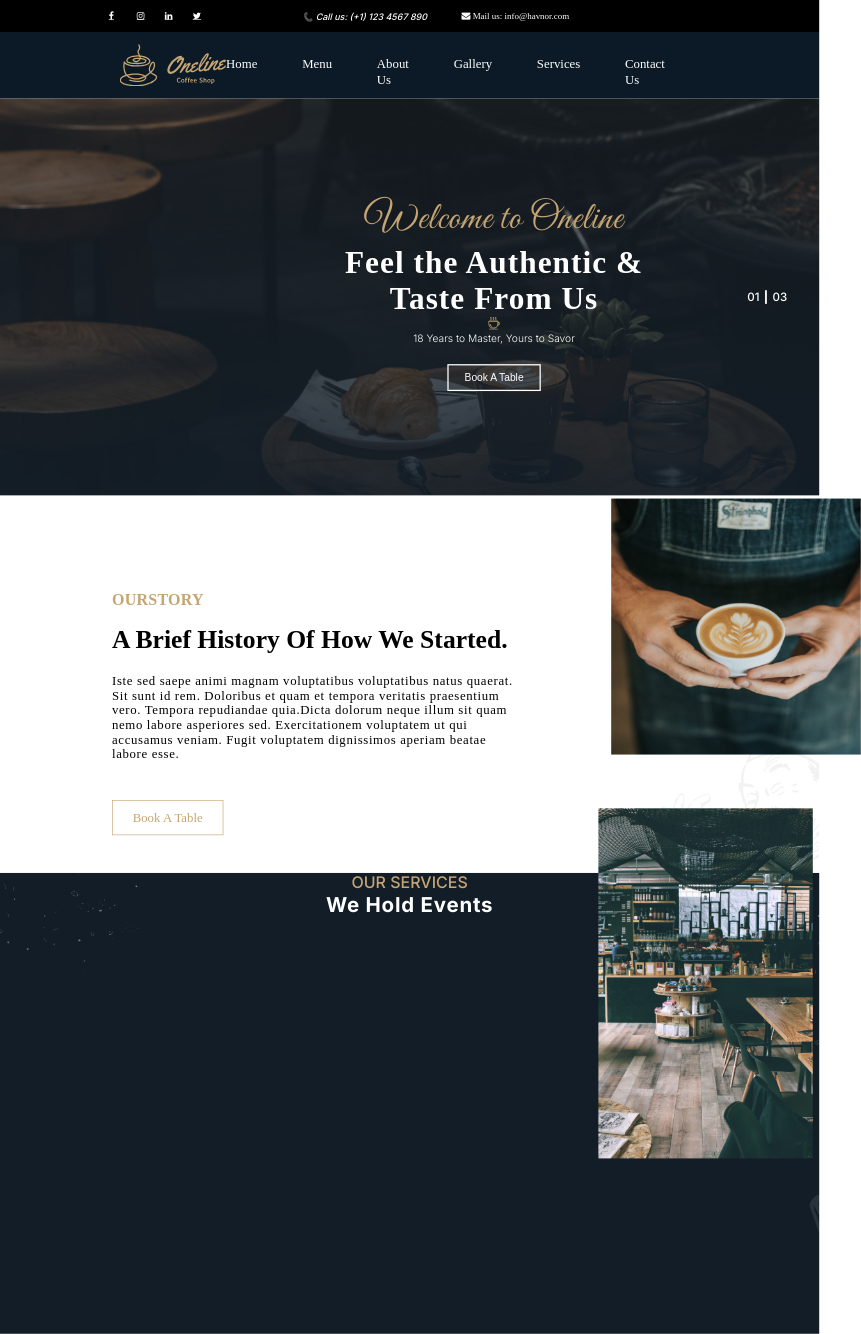
Repository: abhayzulasana/Online-Coffee-Shop
Page: index.html
These files come from the project's save history. The page is drawn as it stood at one moment and after a run of saves; the edit follows.
The browser window is 1280 px wide. The page is 1345 px wide, so the pictures cover 1345 px, including what lies to the right of the window. The pictures show the whole page, at 64% of full size.

Above is the page before, as saved 2025-05-21 17:00:40.

### index.html
<!DOCTYPE html>
<html lang="en">
<head>
  <meta charset="UTF-8" />
  <meta name="viewport" content="width=device-width, initial-scale=1.0" />
  <title>Oneline Coffee Shop</title>
  <link rel="stylesheet" href="style.css" />
  <link rel="stylesheet" href="https://cdnjs.cloudflare.com/ajax/libs/font-awesome/4.7.0/css/font-awesome.min.css">

  <link rel="preconnect" href="https://fonts.googleapis.com" />
  <link rel="preconnect" href="https://fonts.gstatic.com" crossorigin />
  <link href="https://fonts.googleapis.com/css2?family=Great+Vibes&family=Inter:wght@300;500;700&display=swap" rel="stylesheet">
</head>
<body>
  <header class="top-bar">
    <div class="social-icons">
      <a href="#" class="fa fa-facebook"></a>
      <a href="#" class="fa fa-instagram"></a>
      <a href="#" class="fa fa-linkedin"></a>
      <a href="#" class="fa fa-twitter"></a>

    </div>
    <div class="contact-info">
      <i class="call"> 📞   Call us: (+1) 123 4567 890</i>
      <i class="fa fa-envelope">    Mail us: info@havnor.com</i>

    </div>
  </header>

  <nav class="navbar">
    <div class="logo">
      <img src="img/cafelogo.svg">
      <!-- <span>☕</span>
      <span class="logo-text">Oneline <small>Coffee Shop</small></span> -->
    </div>
    <ul class="nav-links">
      <li>Home</li>
      <li>Menu</li>
      <li>About Us</li>
      <li>Gallery</li>
      <li>Services</li>
      <li>Contact Us</li>
    </ul>
  </nav>

  <section class="hero">
    <div class="hero-content">
  <center>
      <h2>Welcome to Oneline</h2>
      <h1>Feel the Authentic & Taste From Us</h1>
      <img src="img/cafe.svg">

      <!-- <div class="divider">☕</div> -->
      <p>18 Years to Master, Yours to Savor</p>
      <button>Book A Table</button>
    </div>
  </center>
    <div class="scroll-number">
      <span>01</span>
      <span>┃</span>
      <span>03</span>
    </div>
  </section >

   <div class="over-story">
    <div class="over-story-content">
        <h1>ourstory</h1>
        <h2>A Brief History Of How We Started.</h2>
        <p>Iste sed saepe animi magnam voluptatibus voluptatibus natus quaerat. Sit sunt id rem. Doloribus et quam et tempora veritatis praesentium vero. Tempora repudiandae quia.Dicta dolorum neque illum sit quam nemo labore asperiores sed. Exercitationem voluptatem ut qui accusamus veniam. Fugit voluptatem dignissimos aperiam beatae labore esse.</p>
        <button>Book A Table</button>
    </div>
    <div class="our-img">
        <img  class="img1" src="img/ourstory1.png">
        <img class="img2" src="img/ourstory2.png">

      </div>
   </div>
   <div class="our-services">
      <div class="text-content">
        <p class="section-title" align="center">OUR SERVICES</p>
        <h1 align="center">We Hold Events</h1>
      </div>
   </div>
</body>
</html>

### style.css
/* Reset & Base */
* {
    margin: 0;
    padding: 0px;
    box-sizing: border-box;
  }

  body {
    font-family: 'Inter', sans-serif;
    color: white;
    /* margin-left:90px; */
    height: 100vh;
  }
  html {
    scroll-behavior: smooth;
    /*Adds smooth scrolling instead of snapping to element*/
  }

  /* Top Bar */
  .top-bar {
    top: 0px;
    width: 100%;
    height: 50px;
    background-color: #000;
    color: white;
    display: flex;
    justify-content: space-between;
    padding: 10px 30px;
    font-size: 14px;

  }

  .social-icons a {
    margin-top:7px;
    width:40px;
    height: 17px;

    /* margin-right: 10px; */
    color: white;
    /* margin-left: 0px; */
    /* gap: 10px; */
  }
  .fa-facebook{
    margin-left: 140px;
  }
  .contact-info{
      display: flex;
      gap: 40px;
      margin-right: 320px;
      font-family: 'Inter', sans-serif;

      align-items: center;

  }
  .call{
      /* gap: 70px; */
      font-family: 'Inter', sans-serif;

      /* font: normal normal medium 16px/19px Montserrat; */
      width: 209px;
  }
  .fa-envelope{
    width: 209px;
    font-family: 'Inter', sans-serif;

  }

  /* Navbar */
  .navbar {
    top: 47px;
    margin-left: 0px;
    width: 100%;
    height: 104px;
    background-color: #0c1a28;
    display: flex;
    justify-content: space-between;
    text-align: left;
    /* align-items: center; */
    padding: 15px 50px;
  }

  .logo {
    display: flex;
    align-items: center;
    font-size: 70px;
    /* color: #C5A572; */
  }
.logo img{
  margin-left: 137px;
}
  /* .logo span{
    margin-left: 50px;
    color: #C5A572;
  } */
  .logo-text {
    top: 81px;
    width: 92px;
    height: px;
    color: #C5A572;
    font-family: 'Great Vibes', cursive;
    margin-left: 210px;
    font-size: 45px;
  }

  .logo-text small {
    display: block;
    font-size: 12px;
    font-family: 'Inter', sans-serif;
  }

  .nav-links {
    /* margin-left: 57px; */
    margin-right: 290px;
    margin-top: 23px;
    height: 24px;
    list-style: none;
    display: flex;
    gap: 70px;
    /* text-align: left; */
    font: normal normal normal 20px/24px Montserrat;
    color: #FFFFFF;
    opacity: 1;
  }

  .nav-links li {
    cursor: pointer;
  }

  /* Hero Section */
  .hero {
    top: 151px;
    left: 0px;
    width: 100%;
    height: 100px;
    display: flex;
    justify-content: space-between;
    align-items: center;
    height: calc(100vh - 100px);
    padding: 0 50px;
    background: url('img/bgcafe.png');
  background-repeat: no-repeat;
  background-size: cover;
  background-position: center;
  }

  .hero-content {
    top: 398px;
    margin-left: 427px;
    width: 857px;
    height: 317px;
    max-width: 50%;
  }

  .hero-content h2 {
    /* text-align: left; */
    font: normal normal normal 60px/75px Great Vibes;
    letter-spacing: 1.2px;
    color: #C5A572;

  }

  .hero-content h1 {
    font: normal normal normal ;
    font-family:Bellefair;
    font-size: 49px;
    letter-spacing: 1.6px;

    /* margin-bottom: 20px; */
  }

  .divider {
    font-size: 20px;
    color: #d4af37;
    margin-bottom: 10px;
  }

  .hero-content p {
    margin-bottom: 30px;
    font-weight: 300;
  }

  .hero-content button {
    padding: 10px 25px;
    font-size: 16px;
    background-color: transparent;
    border: 2px solid white;
    color: white;
    cursor: pointer;
    transition: 0.3s;
  }

  .hero-content button:hover {
    background-color: white;
    color: #000;
  }

  .scroll-number {
    text-align: center;
    font-size: 18px;
    line-height: 1.8;
  }
/* over story */
.over-story{
  height: 82vh;
  width: 100%;
  color: #000;
  display: flex;
  background: url('img/ourstorybg2.png') right bottom no-repeat;
  /* background-repeat: no-repeat; */
  /* background-size: cover; */
  /* background-position: center; */

}
.over-story-content h1{
      display: flex;
  font-size: 25px;
  margin-left: 175px;
  margin-top: 150px;
  width: 133px;
  height: 27px;
  text-align: left;
  font-family:'Montserrat';
  letter-spacing: 0.38px;
  color: #C5A572;
  text-transform: uppercase;
}
.over-story-content h2{
    font-family: 'Bellefair';
    font-size: 40px;
    margin-left: 175px;
    margin-top: 25px;
    width: 700px;
    height: 51px;
    text-transform: capitalize;
opacity: 1;
}
.over-story-content p{
  font-family: 'Montserrat';
  font-size: 20px;
  margin-left: 175px;
  margin-top: 25px;
  width: 632px;
  /* height: 51px; */
  letter-spacing: 1px;
}

.over-story-content button{
  margin-top: 60px;
  margin-left: 175px;
  font-family:'Montserrat';
  font-size: 20px;
  background-color: transparent;
  color: #C5A572;
  cursor: pointer;
  transition: 0.3s;
  border: 1px solid #C5A572;
  width: 174px;
  height: 55px;
}
.over-story-content button:hover {
  background-color: white;
  color: #421f1f;
}
/* .our-img{
  height:700px;
} */
.img1{
  margin-top: 5px;
  margin-left: 80px;
  width: 390px;
  height: 400px;
}
.img2{
  margin-top: 80px;
  margin-left: 60px;
  /* width: 335px;
  height: 547px; */
}

/* our services */
.our-services{
  height: 100vh;
  background: url('img/ourserviceimg.png');
  /* background-repeat: no-repeat; */
  background-size: cover;
  background-position: center;
}

.section-title{
  color:#C5A572;
  font-size: 25px;
}
h1{
  letter-spacing: 1.2px;
}

After the next 2 saves:
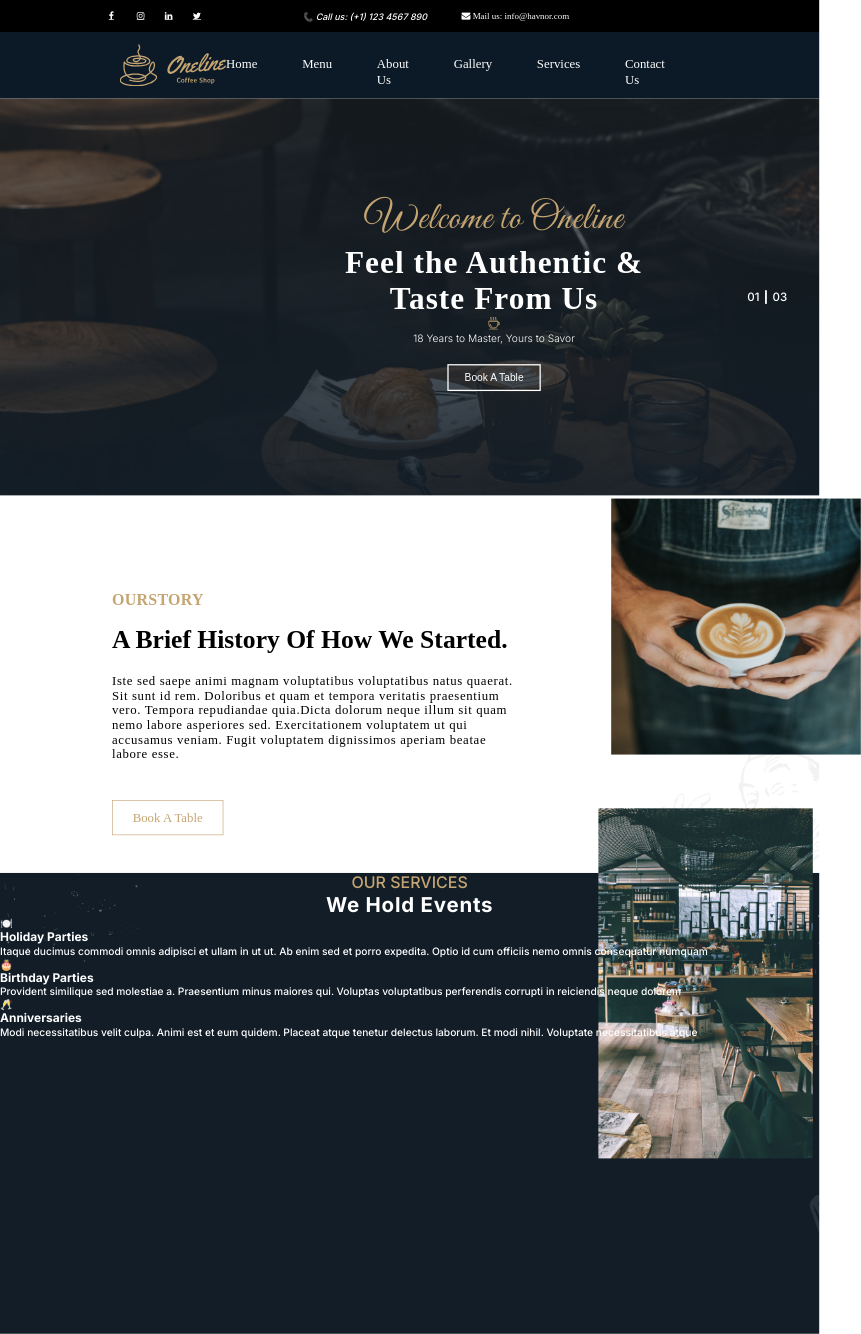
The 2 saves are shown as one change because they came seconds apart.
The last was saved 8 min 9 s later.
--- a/index.html
+++ b/index.html
@@ -80,6 +80,33 @@
         <p class="section-title" align="center">OUR SERVICES</p>
         <h1 align="center">We Hold Events</h1>
       </div>
+      <div class="cards-container">
+        <div class="card">
+          <div class="icon-circle">🍽️</div>
+          <h3>Holiday Parties</h3>
+          <p>
+            Itaque ducimus commodi omnis adipisci et ullam in ut ut. Ab enim sed
+            et porro expedita. Optio id cum officiis nemo omnis consequatur numquam
+          </p>
+        </div>
+        <div class="card">
+          <div class="icon-circle">🎂</div>
+          <h3>Birthday Parties</h3>
+          <p>
+            Provident similique sed molestiae a. Praesentium minus maiores qui.
+            Voluptas voluptatibus perferendis corrupti in reiciendis neque dolorem
+          </p>
+        </div>
+        <div class="card">
+          <div class="icon-circle">🥂</div>
+          <h3>Anniversaries</h3>
+          <p>
+            Modi necessitatibus velit culpa. Animi est et eum quidem. Placeat atque
+            tenetur delectus laborum. Et modi nihil. Voluptate necessitatibus atque
+          </p>
+        </div>
+      </div>
+
    </div>
 </body>
 </html>
